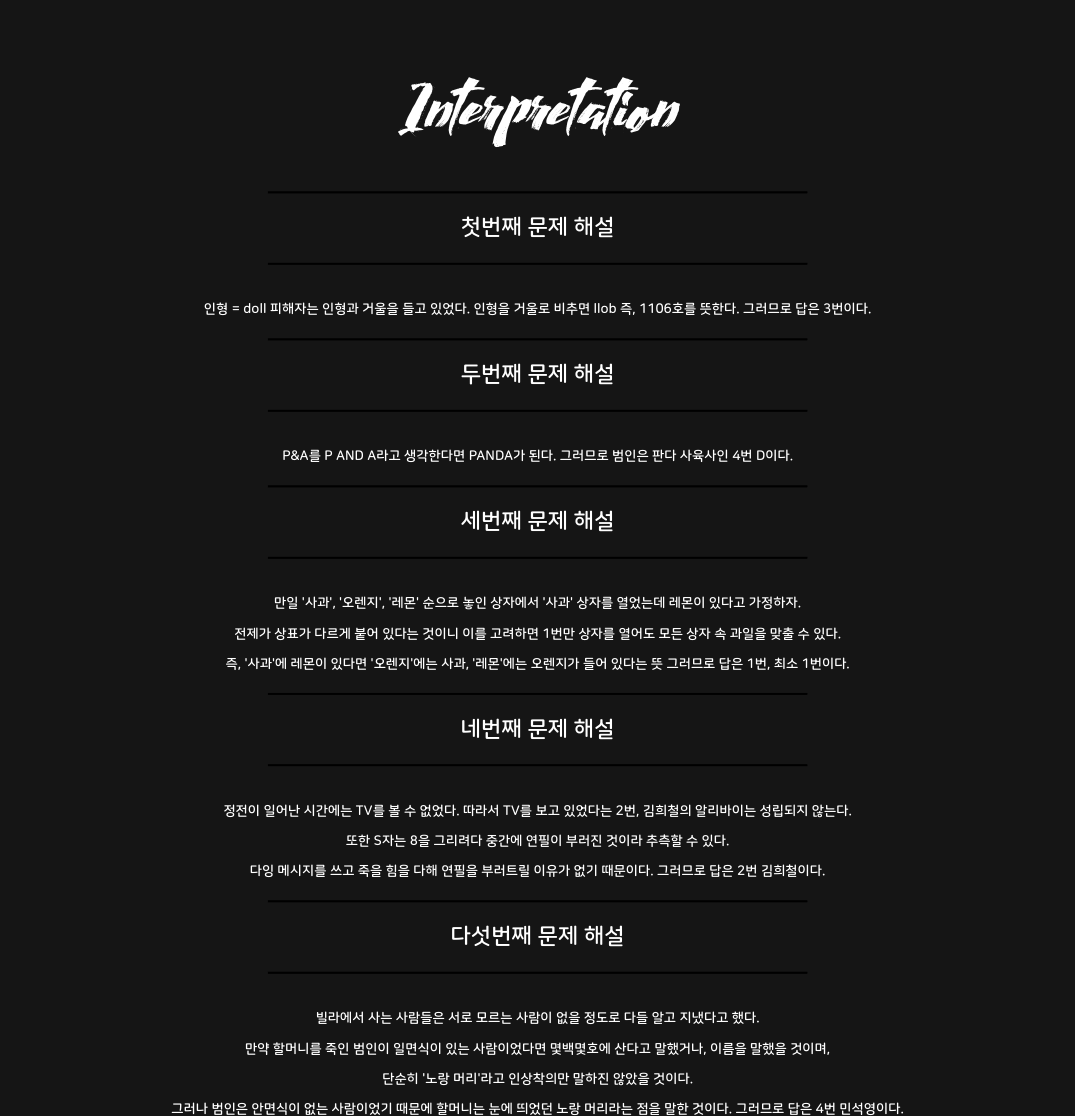
Repository: minkyung0421/Event_Project
Page: http://localhost/Event/inter.jsp
These files come from the project's save history. The page is drawn as it stood at one moment and after the next save; the edit follows.
The browser window is 1280 px wide. The pictures show the whole page, at 84% of full size.
The page is served by Tomcat 9.

Above is the page before, as saved 2018-09-04 19:59:10.

### Event_Project/Event/WebContent/inter.jsp
<%@ page language="java" contentType="text/html; charset=UTF-8"
    pageEncoding="UTF-8"%>
<!DOCTYPE html PUBLIC "-//W3C//DTD HTML 4.01 Transitional//EN" "http://www.w3.org/TR/html4/loose.dtd">
<html>
<head>
<meta http-equiv="Content-Type" content="text/html; charset=UTF-8">
<title>EVENT</title>
</head>
<style>
@font-face{
	font-family: 'Calligraphy Personal Use'; src:url('font/Calligraphy Personal Use.ttf');
}
@font-face{font-family:'NANUMSQUAREROUNDL'; src:url('font/NANUMSQUAREROUNDL.TTF')}
@font-face{font-family:'NANUMSQUAREROUNDB'; src:url('font/NANUMSQUAREROUNDB.TTF')}
body{
	margin:0px;
	padding:0px;
	font-family:'NANUMSQUAREROUNDB';
	background-color: #151515;
	color: white;
}
</style>
<body>
<center><div style = "font-family: Calligraphy Personal Use; font-size: 90pt; margin-top:5%">Interpretation</div></center>
<center>
		<br><br>
		<hr color="black" style = "width: 50%">
		<br>
		<div style = "font-size: 20pt;">첫번째 문제 해설</div>
		<br>
		<hr color="black" style = "width: 50%">
		<br>
		<br>
		인형 = doll 피해자는 인형과 거울을 들고 있었다. 인형을 거울로 비추면 llob 즉, 1106호를 뜻한다. 그러므로 답은 3번이다.

		<br><br>
		<hr color="black" style = "width: 50%">
		<br>
		<div style = "font-size: 20pt;">두번째 문제 해설</div>
		<br>
		<hr color="black" style = "width: 50%">
		<br>
		<br>
		P&A를 P AND A라고 생각한다면 PANDA가 된다. 그러므로 범인은 판다 사육사인 4번 D이다.

		<br><br>
		<hr color="black" style = "width: 50%">
		<br>
		<div style = "font-size: 20pt;">세번째 문제 해설</div>
		<br>
		<hr color="black" style = "width: 50%">
		<br>
		<br>
		만일 '사과', '오렌지', '레몬' 순으로 놓인 상자에서 '사과' 상자를 열었는데 레몬이 있다고 가정하자.<br><br>
		전제가 상표가 다르게 붙어 있다는 것이니 이를 고려하면 1번만 상자를 열어도 모든 상자 속 과일을 맞출 수 있다.<br><br>
		즉, '사과'에 레몬이 있다면 '오렌지'에는 사과, '레몬'에는 오렌지가 들어 있다는 뜻 그러므로 답은 1번, 최소 1번이다.

		<br><br>
		<hr color="black" style = "width: 50%">
		<br>
		<div style = "font-size: 20pt;">네번째 문제 해설</div>
		<br>
		<hr color="black" style = "width: 50%">
		<br>
		<br>
		정전이 일어난 시간에는 TV를 볼 수 없었다. 따라서 TV를 보고 있었다는 2번, 김희철의 알리바이는 성립되지 않는다.<br><br>
		또한 S자는 8을 그리려다 중간에 연필이 부러진 것이라 추측할 수 있다.<br><br>
		다잉 메시지를 쓰고 죽을 힘을 다해 연필을 부러트릴 이유가 없기 때문이다. 그러므로 답은 2번 김희철이다.

		<br><br>
		<hr color="black" style = "width: 50%">
		<br>
		<div style = "font-size: 20pt;">다섯번째 문제 해설</div>
		<br>
		<hr color="black" style = "width: 50%">
		<br>
		<br>
		빌라에서 사는 사람들은 서로 모르는 사람이 없을 정도로 다들 알고 지냈다고 했다.<br><br>
		만약 할머니를 죽인 범인이 일면식이 있는 사람이었다면 몇백몇호에 산다고 말했거나, 이름을 말했을 것이며,<br><br>
		단순히 '노랑 머리'라고 인상착의만 말하진 않았을 것이다.<br><br>
		그러나 범인은 안면식이 없는 사람이었기 때문에 할머니는 눈에 띄었던 노랑 머리라는 점을 말한 것이다. 그러므로 답은 4번 민석영이다.
</center>
</body>
</html>

After the next save:
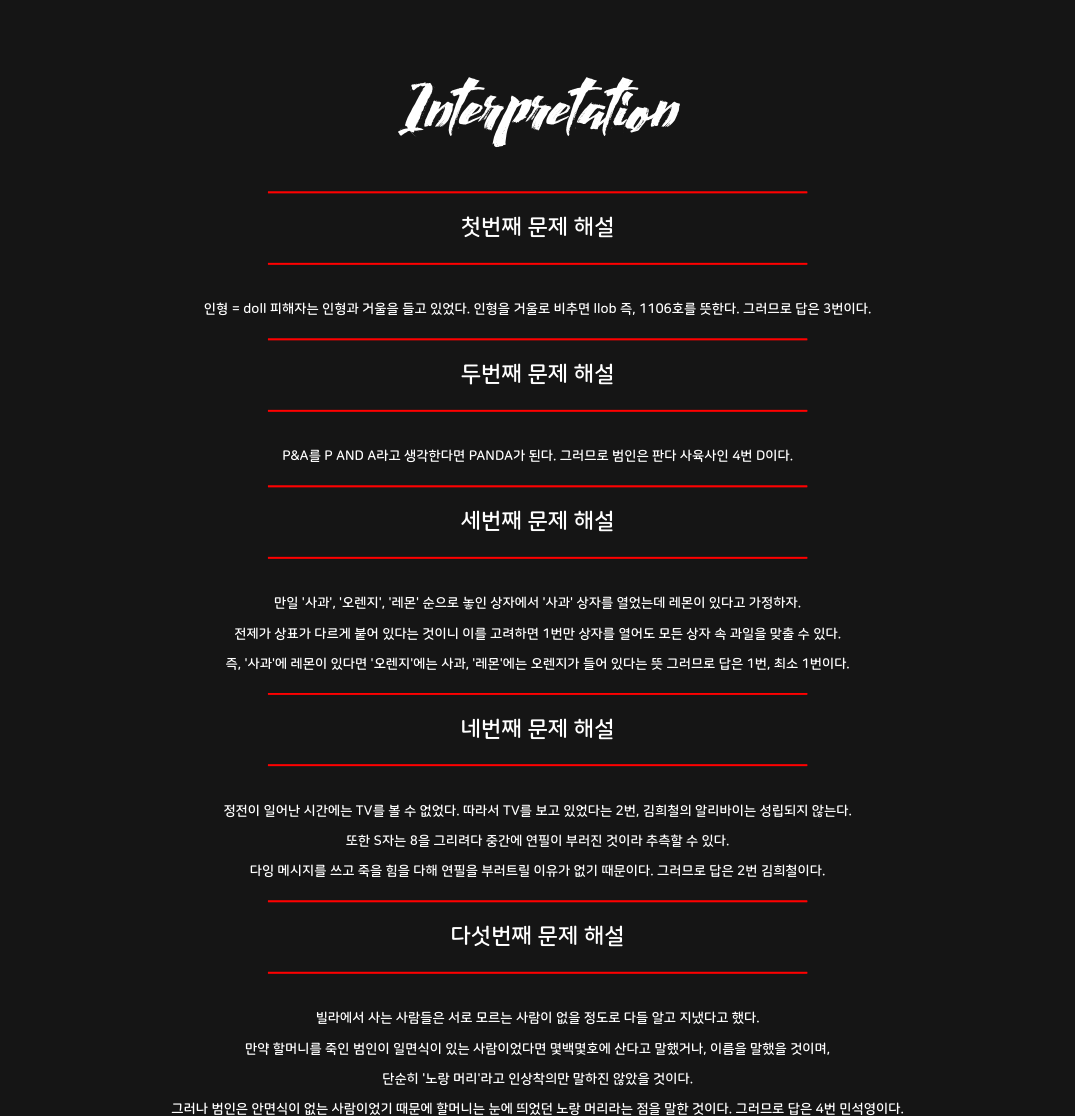
Saved 22 s later.
--- a/Event_Project/Event/WebContent/inter.jsp
+++ b/Event_Project/Event/WebContent/inter.jsp
@@ -24,31 +24,31 @@ body{
 <center><div style = "font-family: Calligraphy Personal Use; font-size: 90pt; margin-top:5%">Interpretation</div></center>
 <center>
 		<br><br>
-		<hr color="black" style = "width: 50%">
+		<hr color="red" style = "width: 50%">
 		<br>
 		<div style = "font-size: 20pt;">첫번째 문제 해설</div>
 		<br>
-		<hr color="black" style = "width: 50%">
+		<hr color="red" style = "width: 50%">
 		<br>
 		<br>
 		인형 = doll 피해자는 인형과 거울을 들고 있었다. 인형을 거울로 비추면 llob 즉, 1106호를 뜻한다. 그러므로 답은 3번이다.
 
 		<br><br>
-		<hr color="black" style = "width: 50%">
+		<hr color="red" style = "width: 50%">
 		<br>
 		<div style = "font-size: 20pt;">두번째 문제 해설</div>
 		<br>
-		<hr color="black" style = "width: 50%">
+		<hr color="red" style = "width: 50%">
 		<br>
 		<br>
 		P&A를 P AND A라고 생각한다면 PANDA가 된다. 그러므로 범인은 판다 사육사인 4번 D이다.
 
 		<br><br>
-		<hr color="black" style = "width: 50%">
+		<hr color="red" style = "width: 50%">
 		<br>
 		<div style = "font-size: 20pt;">세번째 문제 해설</div>
 		<br>
-		<hr color="black" style = "width: 50%">
+		<hr color="red" style = "width: 50%">
 		<br>
 		<br>
 		만일 '사과', '오렌지', '레몬' 순으로 놓인 상자에서 '사과' 상자를 열었는데 레몬이 있다고 가정하자.<br><br>
@@ -56,11 +56,11 @@ body{
 		즉, '사과'에 레몬이 있다면 '오렌지'에는 사과, '레몬'에는 오렌지가 들어 있다는 뜻 그러므로 답은 1번, 최소 1번이다.
 
 		<br><br>
-		<hr color="black" style = "width: 50%">
+		<hr color="red" style = "width: 50%">
 		<br>
 		<div style = "font-size: 20pt;">네번째 문제 해설</div>
 		<br>
-		<hr color="black" style = "width: 50%">
+		<hr color="red" style = "width: 50%">
 		<br>
 		<br>
 		정전이 일어난 시간에는 TV를 볼 수 없었다. 따라서 TV를 보고 있었다는 2번, 김희철의 알리바이는 성립되지 않는다.<br><br>
@@ -68,11 +68,11 @@ body{
 		다잉 메시지를 쓰고 죽을 힘을 다해 연필을 부러트릴 이유가 없기 때문이다. 그러므로 답은 2번 김희철이다.
 
 		<br><br>
-		<hr color="black" style = "width: 50%">
+		<hr color="red" style = "width: 50%">
 		<br>
 		<div style = "font-size: 20pt;">다섯번째 문제 해설</div>
 		<br>
-		<hr color="black" style = "width: 50%">
+		<hr color="red" style = "width: 50%">
 		<br>
 		<br>
 		빌라에서 사는 사람들은 서로 모르는 사람이 없을 정도로 다들 알고 지냈다고 했다.<br><br>
